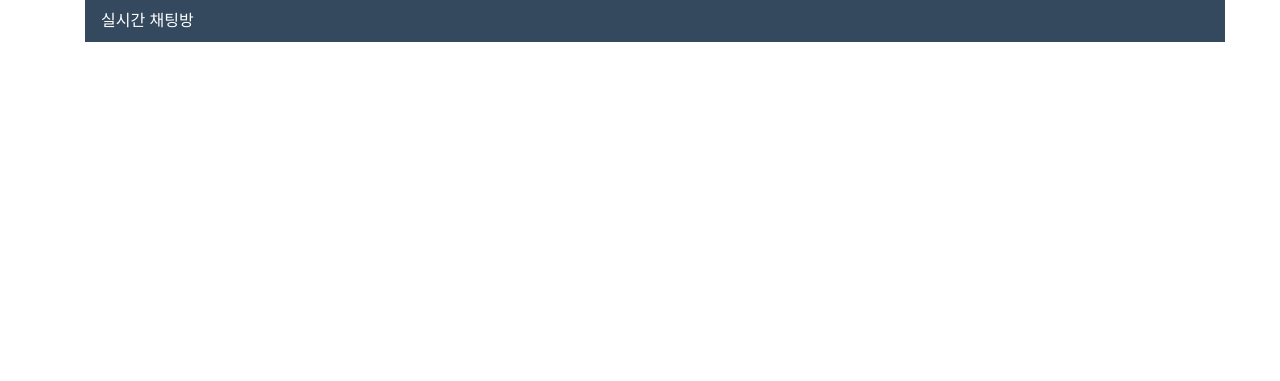
Repository: RyuJelly/211
Page: http://localhost/anonymous/
The author's editor kept a copy of each file at every save. The page is drawn from the files as they stood at one save, then again after the next save.
The browser window is 1280 px wide. The pictures show the whole page.
Some web libraries are served in a nearby version. The page is served by Tomcat 9. Nobody is signed in. The application's start-up code is not run. Other server files are loaded and not shown.

Above is the page before, as saved 2021-04-08 03:39:52.

### chatTest/anonymous/WebContent/index.jsp
<%@ page language="java" contentType="text/html; charset=UTF-8"
    pageEncoding="UTF-8"%>
<!DOCTYPE html>
<html>
<head>
	<meta charset="UTF-8">
	<meta name="viewport" content="width=device-width, initial-scale=1">
	<link rel="stylesheet" href="css/bootstrap.css">
	<link rel="stylesheet" href="css/custom.css">
	<title>익명 채팅</title>
	<script src="http://code.jquery.com/jquery-3.1.1.min.js"></script>
	<script src="js/bootstrap.js"></script>
</head>
<body>
	<div class="container">
		<div class="container bootstrap snippet">
			<div class="row">
				<div class="col-xs-12">
					<div class="portlet portlet-default">
						<div class="portlet-heading">
							<div class="portlet-title">
								<h4><i class="fa fa-circle text-green"></i>실시간 채팅방</h4>
							</div>
							<div class="clearfix"></div>
						</div>
					</div>
				</div>
			</div>
		</div>
	</div>

</body>
</html>

### chatTest/anonymous/WebContent/css/custom.css


 .portlet {
    margin-bottom: 15px;
}

.btn-white {
    border-color: #cccccc;
    color: #333333;
    background-color: #ffffff;
}

.portlet {
    border: 1px solid;
}

.portlet .portlet-heading {
    padding: 0 15px;
}

.portlet .portlet-heading h4 {
    padding: 1px 0;
    font-size: 16px;
}

.portlet .portlet-heading a {
    color: #fff;
}

.portlet .portlet-heading a:hover,
.portlet .portlet-heading a:active,
.portlet .portlet-heading a:focus {
    outline: none;
}

.portlet .portlet-widgets .dropdown-menu a {
    color: #333;
}

.portlet .portlet-widgets ul.dropdown-menu {
    min-width: 0;
}

.portlet .portlet-heading .portlet-title {
    float: left;
}

.portlet .portlet-heading .portlet-title h4 {
    margin: 10px 0;
}

.portlet .portlet-heading .portlet-widgets {
    float: right;
    margin: 8px 0;
}

.portlet .portlet-heading .portlet-widgets .tabbed-portlets {
    display: inline;
}

.portlet .portlet-heading .portlet-widgets .divider {
    margin: 0 5px;
}

.portlet .portlet-body {
    padding: 15px;
    background: #fff;
}

.portlet .portlet-footer {
    padding: 10px 15px;
    background: #e0e7e8;
}

.portlet .portlet-footer ul {
    margin: 0;
}

.portlet-green,
.portlet-green>.portlet-heading {
    border-color: #16a085;
}

.portlet-green>.portlet-heading {
    color: #fff;
    background-color: #16a085;
}

.portlet-orange,
.portlet-orange>.portlet-heading {
    border-color: #f39c12;
}

.portlet-orange>.portlet-heading {
    color: #fff;
    background-color: #f39c12;
}

.portlet-blue,
.portlet-blue>.portlet-heading {
    border-color: #2980b9;
}

.portlet-blue>.portlet-heading {
    color: #fff;
    background-color: #2980b9;
}

.portlet-red,
.portlet-red>.portlet-heading {
    border-color: #e74c3c;
}

.portlet-red>.portlet-heading {
    color: #fff;
    background-color: #e74c3c;
}

.portlet-purple,
.portlet-purple>.portlet-heading {
    border-color: #8e44ad;
}

.portlet-purple>.portlet-heading {
    color: #fff;
    background-color: #8e44ad;
}

.portlet-default,
.portlet-dark-blue,
.portlet-default>.portlet-heading,
.portlet-dark-blue>.portlet-heading {
    border-color: #34495e;
}

.portlet-default>.portlet-heading,
.portlet-dark-blue>.portlet-heading {
    color: #fff;
    background-color: #34495e;
}

.portlet-basic,
.portlet-basic>.portlet-heading {
    border-color: #333;
}

.portlet-basic>.portlet-heading {
    border-bottom: 1px solid #333;
    color: #333;
    background-color: #fff;
}

@media(min-width:768px) {
    .portlet {
        margin-bottom: 30px;
    }
}

.img-chat{
width:40px;
height:40px;
}

.text-green {
    color: #16a085;
}

.text-orange {
    color: #f39c12;
}

.text-red {
    color: #e74c3c;
}

Loaded but not shown: chatTest/anonymous/WebContent/css/bootstrap.css (library); chatTest/anonymous/WebContent/js/bootstrap.js (library)

After the next save:
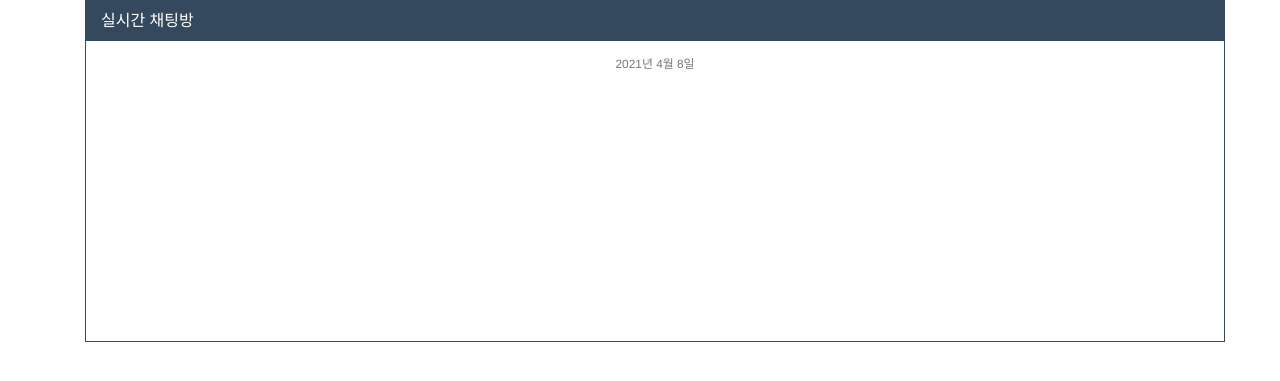
Saved 90 min 37 s later.
--- a/chatTest/anonymous/WebContent/index.jsp
+++ b/chatTest/anonymous/WebContent/index.jsp
@@ -23,6 +23,15 @@
 							</div>
 							<div class="clearfix"></div>
 						</div>
+						<div id="chat" class="panel-cpllapse collapse in">
+							<div class="portlet-body chat-widget" style="overflow-y: auto; width: auto; height: 300px;">
+								<div class="row">
+									<div class="col-lg-12">
+										<p class="text-center text-muted small">2021년 4월 8일</p>
+									</div>
+								</div>
+							</div>
+						</div>
 					</div>
 				</div>
 			</div>
